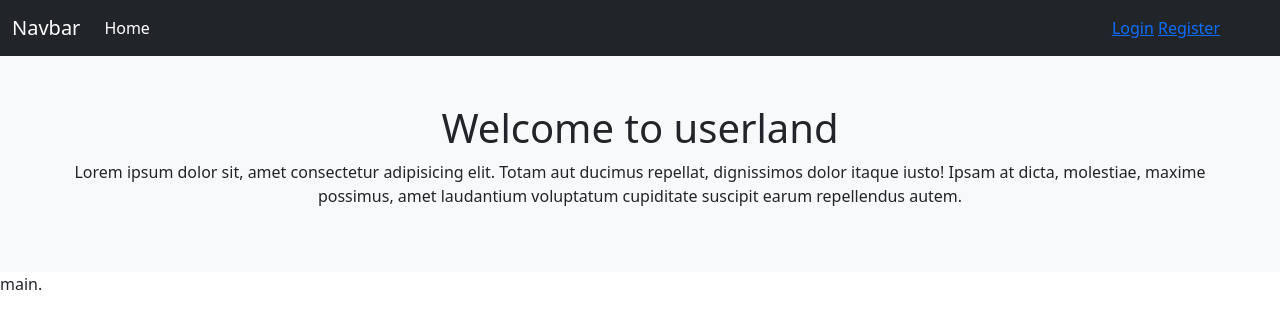
Repository: BrittleHeart/symfony-users--crud
Page: templates/home/home.html.twig
These files come from the project's save history. The page is drawn as it stood at one moment and after the next save; the edit follows.
The browser window is 1280 px wide. The pictures show the whole page.
The page is a Twig template of a Symfony application; nobody is signed in and links lead nowhere. The template is opened directly, without the code that normally fills it, so the values that code supplies are empty.

Above is the page before, as saved 2021-02-20 15:48:43.

After the next save:
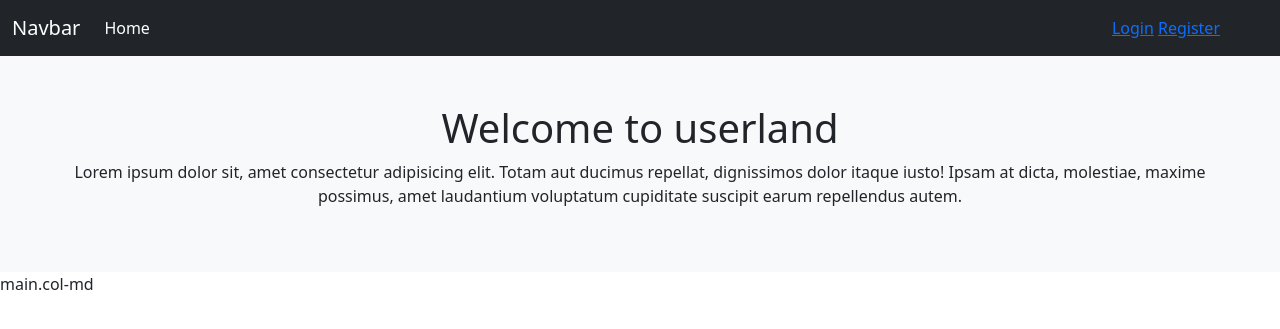
Saved 4 s later.
--- a/templates/home/home.html.twig
+++ b/templates/home/home.html.twig
@@ -7,6 +7,6 @@
     <p class="jumbotron-description">Lorem ipsum dolor sit, amet consectetur adipisicing elit. Totam aut ducimus repellat, dignissimos dolor itaque iusto! Ipsam at dicta, molestiae, maxime possimus, amet laudantium voluptatum cupiditate suscipit earum repellendus autem.</p>
 </header>
 
-main.
+main.col-md
 
 {% endblock %}
